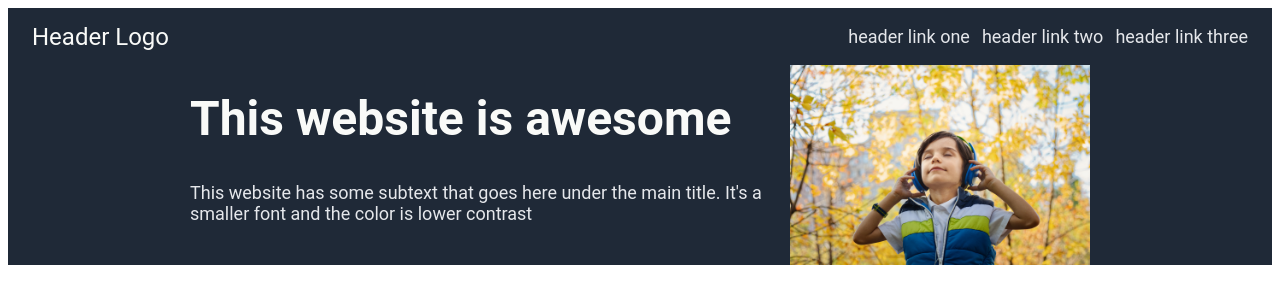
Repository: z1youRA/FirstWebsite
Page: index.html
The author's editor kept a copy of each file at every save. The page is drawn from the files as they stood at one save, then again after the next save.
The browser window is 1280 px wide. The pictures show the whole page.

Above is the page before, as saved 2021-11-25 17:27:31.

After the next save:
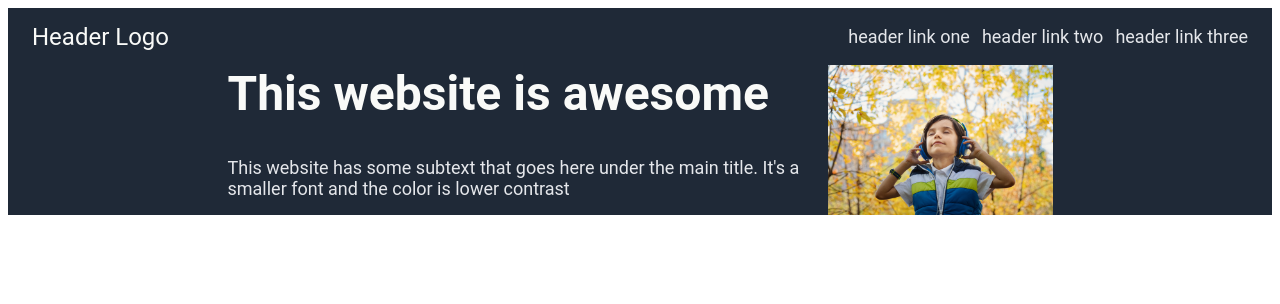
Saved 33 s later.
--- a/styles.css
+++ b/styles.css
@@ -20,7 +20,6 @@
     display: flex;
     align-items: center;
     justify-content: center;
-    max-height: 200px;
 }
 
 button {
@@ -41,7 +40,7 @@ button {
 }
 
 .hero img {
-    max-height: 200px;
+    max-height: 150px;
 }
 
 .header .logo {
